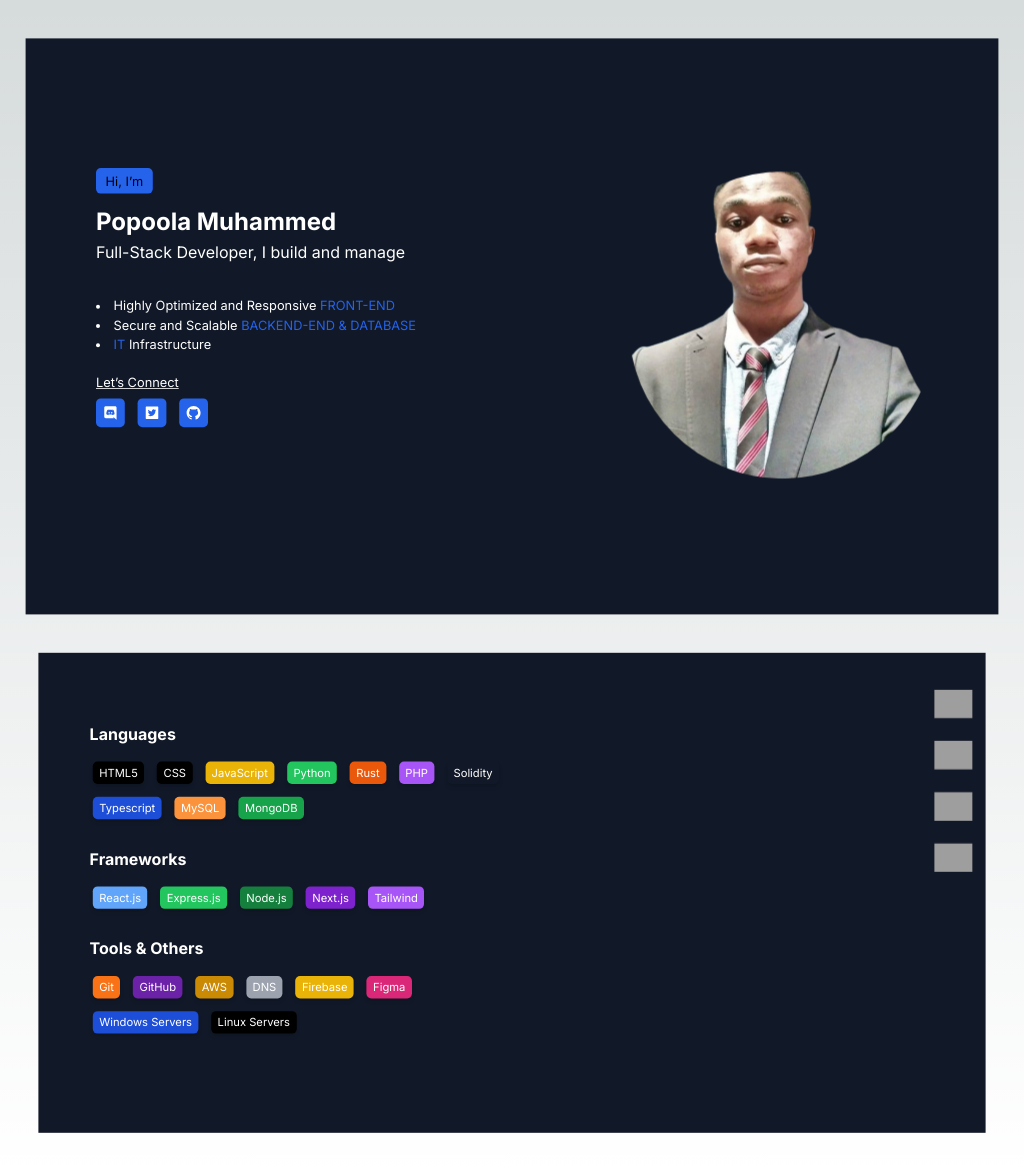
Repository: muhammedctgr/hammedctgr
Page: /
The author's editor kept a copy of each file at every save. The page is drawn from the files as they stood at one save, then again after the next save.
The browser window is 1280 px wide. The pictures show the whole page, at 80% of full size.
Pictures or frames that could not be fetched are drawn as grey boxes. The project was rebuilt for these pictures with package versions that can differ from the ones it lists, and the page was loaded fresh each time. The framework's server and built-in components were replaced by stand-ins that run in the browser. Also part of the build but not shown: next.config.mjs.

Above is the page before, as saved 2024-08-01 15:15:16.

### app/layout.tsx
import type { Metadata } from "next";
import { Inter } from "next/font/google";
import "./globals.css";

const inter = Inter({ subsets: ["latin"] });

export const metadata: Metadata = {
  title: "Popoola Muhammed",
  description: "Generated by create next app",
};

export default function RootLayout({
  children,
}: Readonly<{
  children: React.ReactNode;
}>) {
  return (
    <html lang="en">
      <body className={inter.className}>{children}</body>
    </html>
  );
}

### app/page.tsx
import Head from 'next/head';
import Hero from '../components/Hero';
import SkillsSection from '@/components/SkillsSection';


const Home = () => (
  <div>
    <Head>
      <title>Popoola Muhammed</title>
      <meta name="description" content="Welcome to my developer portfolio" />
    </Head>

    <Hero />
    <SkillsSection />
  </div>
);

export default Home;

### app/globals.css
@tailwind base;
@tailwind components;
@tailwind utilities;

:root {
  --foreground-rgb: 0, 0, 0;
  --background-start-rgb: 214, 219, 220;
  --background-end-rgb: 255, 255, 255;
}

@media (prefers-color-scheme: dark) {
  :root {
    --foreground-rgb: 255, 255, 255;
    --background-start-rgb: 0, 0, 0;
    --background-end-rgb: 0, 0, 0;
  }
}

body {
  color: rgb(var(--foreground-rgb));
  background: linear-gradient(
      to bottom,
      transparent,
      rgb(var(--background-end-rgb))
    )
    rgb(var(--background-start-rgb));
}

@layer utilities {
  .text-balance {
    text-wrap: balance;
  }
}


@keyframes upDown {
  0%, 100% {
    transform: translateY(0);
  }
  50% {
    transform: translateY(-10px); /* Adjust the value as needed */
  }
}

.animate-upDown {
  animation: upDown 2s infinite ease-in-out; /* Adjust duration as needed */
}

### components/Hero.tsx
import Image from 'next/image';
import profilePic from '../public/profile.png';
import { AiFillDiscord, AiFillGithub, AiFillTwitterSquare, AiFillX } from 'react-icons/ai';

const Hero = () => {
  return (
    <section className="bg-gray-900 m-12 mx-8  text-white min-h-screen flex items-center">
      <div className="container mx-auto flex flex-col md:flex-row items-center">
        <div className="flex-1 text-left md:text-left p-8 pt-2 m-14 mt-2">
          <div className="inline-block bg-blue-600 text-black py-1 px-3 mb-4 rounded-md">
            Hi, I’m
          </div>
          <div className="mb-10">
          <h1 className="text-2xl md:text-3xl font-bold">Popoola Muhammed</h1>
          <p className="mt-2  md:text-xl">Full-Stack Developer, I build and manage</p>
          </div>
          <ul className="mt-4 list-disc list-inside whitespace-nowrap">
            <li>Highly Optimized and Responsive <span className="text-blue-600">FRONT-END</span></li>
            <li>Secure and Scalable <span className="text-blue-600">BACKEND-END & DATABASE</span></li>
            <li><span className="text-blue-600">IT</span> Infrastructure</li>
          </ul>
          <div className="mt-6">
            <a href="#contact" className=" underline">Let’s Connect</a>
            <div className="mt-2 flex md:justify-start space-x-4">
              <a href="#" className="bg-blue-600 p-2 rounded-md">
                <AiFillDiscord size={20} />
              </a>
              <a href="#" className="bg-blue-600 p-2 rounded-md">
                <AiFillTwitterSquare size={20} />
              </a>
              <a href="#" className="bg-blue-600 p-2 rounded-md">
                <AiFillGithub size={20} />
              </a>
            </div>
          </div>
        </div>
        <div className="flex-1 p-5">
          <div className="relative w-48 h-48 mx-auto md:w-72 md:h-72 lg:w-96 lg:h-96">
            <Image src={profilePic} alt="Popoola Muhammed" layout="fill" className="rounded-full object-cover animate-upDown" />
          </div>
        </div>
      </div>
    </section>
  );
};

export default Hero;

### components/SkillsSection.tsx
import Image from 'next/image';
import { FC } from 'react';

interface SkillCategory {
  title: string;
  skills: { name: string; color: string; }[];
}

const skills: SkillCategory[] = [
  {
    title: "Languages",
    skills: [
      { name: "HTML5", color: "bg-black" },
      { name: "CSS", color: "bg-black"},
      { name: "JavaScript", color: "bg-yellow-500" },
      { name: "Python", color: "bg-green-500" },
      { name: "Rust", color: "bg-orange-600" },
      { name: "PHP", color: "bg-purple-500" },
      { name: "Solidity", color: "bg-black-500" },
      { name: "Typescript", color: "bg-blue-700" },
      { name: "MySQL", color: "bg-orange-400" },
      { name: "MongoDB", color: "bg-green-600" },
    ],
  },
  {
    title: "Frameworks",
    skills: [
      { name: "React.js", color: "bg-blue-400" },
      { name: "Express.js", color: "bg-green-500" },
      { name: "Node.js", color: "bg-green-700" },
      { name: "Next.js", color: "bg-purple-700" },
      { name: "Tailwind", color: "bg-purple-500" },
    ],
  },
  {
    title: "Tools & Others",
    skills: [
      { name: "Git", color: "bg-orange-500" },
      { name: "GitHub", color: "bg-purple-800" },
      { name: "AWS", color: "bg-yellow-600" },
      { name: "DNS", color: "bg-gray-400" },
      { name: "Firebase", color: "bg-yellow-500" },
      { name: "Figma", color: "bg-pink-600" },
      { name: "Windows Servers", color: "bg-blue-700" },
      { name: "Linux Servers", color: "bg-black" },
    ],
  },
];

const icons = [
  "/icons/html5.svg", // Replace with your icon paths
  "/icons/css3.svg",
  "/icons/javascript.svg",
  "/icons/python.svg",
  // Add the rest of the icons as needed
];

const SkillsSection: FC = () => {
  return (
    <section className="py-10 m-12 bg-gray-900 text-white">
      <div className="container mx-auto px-4 flex flex-col md:flex-row">
        <div className="flex-1 m-12">
          {skills.map((category) => (
            <div key={category.title} className="mb-8">
              <h2 className="text-xl font-bold mb-4">{category.title}</h2>
              <div className="flex flex-wrap gap-2">
                {category.skills.map((skill) => (
                  <span
                    key={skill.name}
                    className={`px-2 py-1 m-1 rounded-md text-sm ${skill.color} shadow-md`}
                  >
                    {skill.name}
                  </span>
                ))}
              </div>
            </div>
          ))}
        </div>
        <div className="flex-1 flex flex-col items-center md:items-end">
          <div className="grid grid-cols-3 md:grid-cols-1 gap-4">
            {icons.map((src, index) => (
              <div key={index} className="w-12 h-12 relative">
                <Image src={src} alt={`icon-${index}`} layout="fill" objectFit="contain" />
              </div>
            ))}
          </div>
        </div>
      </div>
    </section>
  );
};

export default SkillsSection;

Loaded but not shown: tailwind.config.ts (common file)

After the next save:
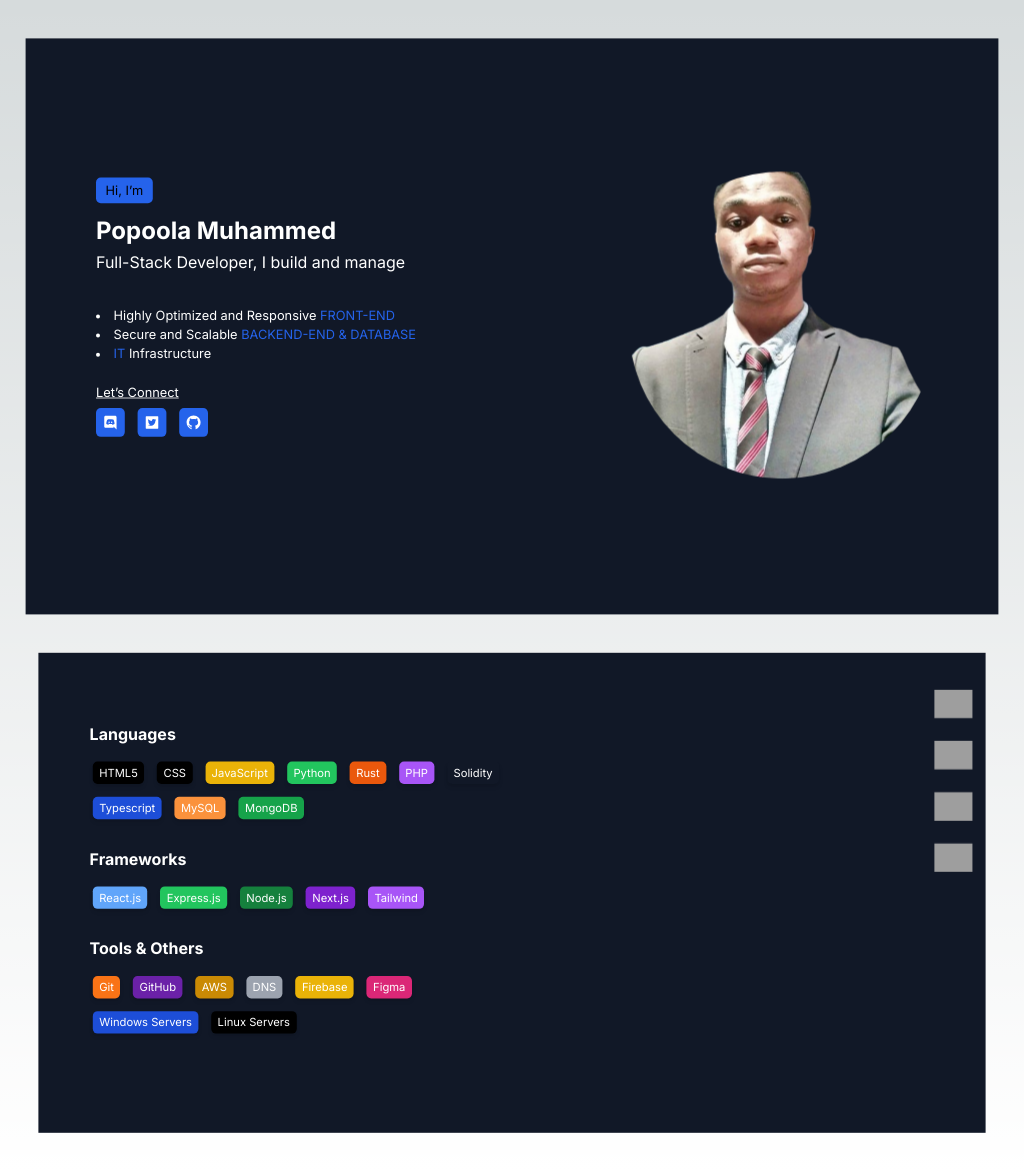
Saved 10 s later.
--- a/components/Hero.tsx
+++ b/components/Hero.tsx
@@ -6,7 +6,7 @@ const Hero = () => {
   return (
     <section className="bg-gray-900 m-12 mx-8  text-white min-h-screen flex items-center">
       <div className="container mx-auto flex flex-col md:flex-row items-center">
-        <div className="flex-1 text-left md:text-left p-8 pt-2 m-14 mt-2">
+        <div className="flex-1 text-left md:text-left p-8  m-14 mt-2">
           <div className="inline-block bg-blue-600 text-black py-1 px-3 mb-4 rounded-md">
             Hi, I’m
           </div>
